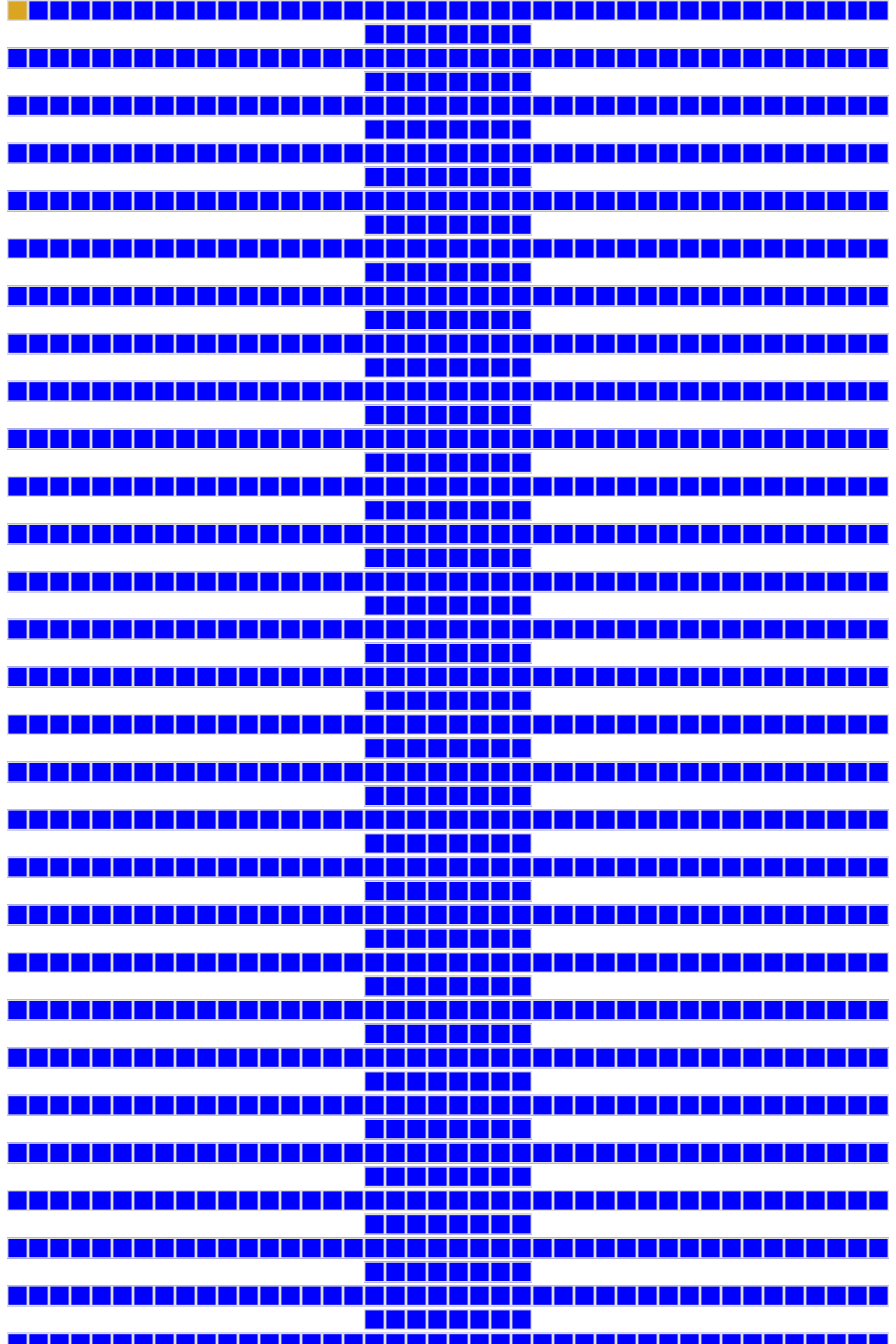
Repository: MarioDiekmann/GameOfLife
Page: /, after clicking the first element matching `div.cell`
An editor plug-in stored every save of this project. The page is shown before and after the next save, followed by the edit.
The browser window is 1280 px wide. The pictures show the part of the page from y = 0 to 1920 px (the page is 3422 px tall), at 70% of full size.
The project was rebuilt for these pictures with package versions that can differ from the ones it lists, and the page was loaded fresh each time.

Above is the page before, as saved 2024-10-11 16:59:14.

After the next save:
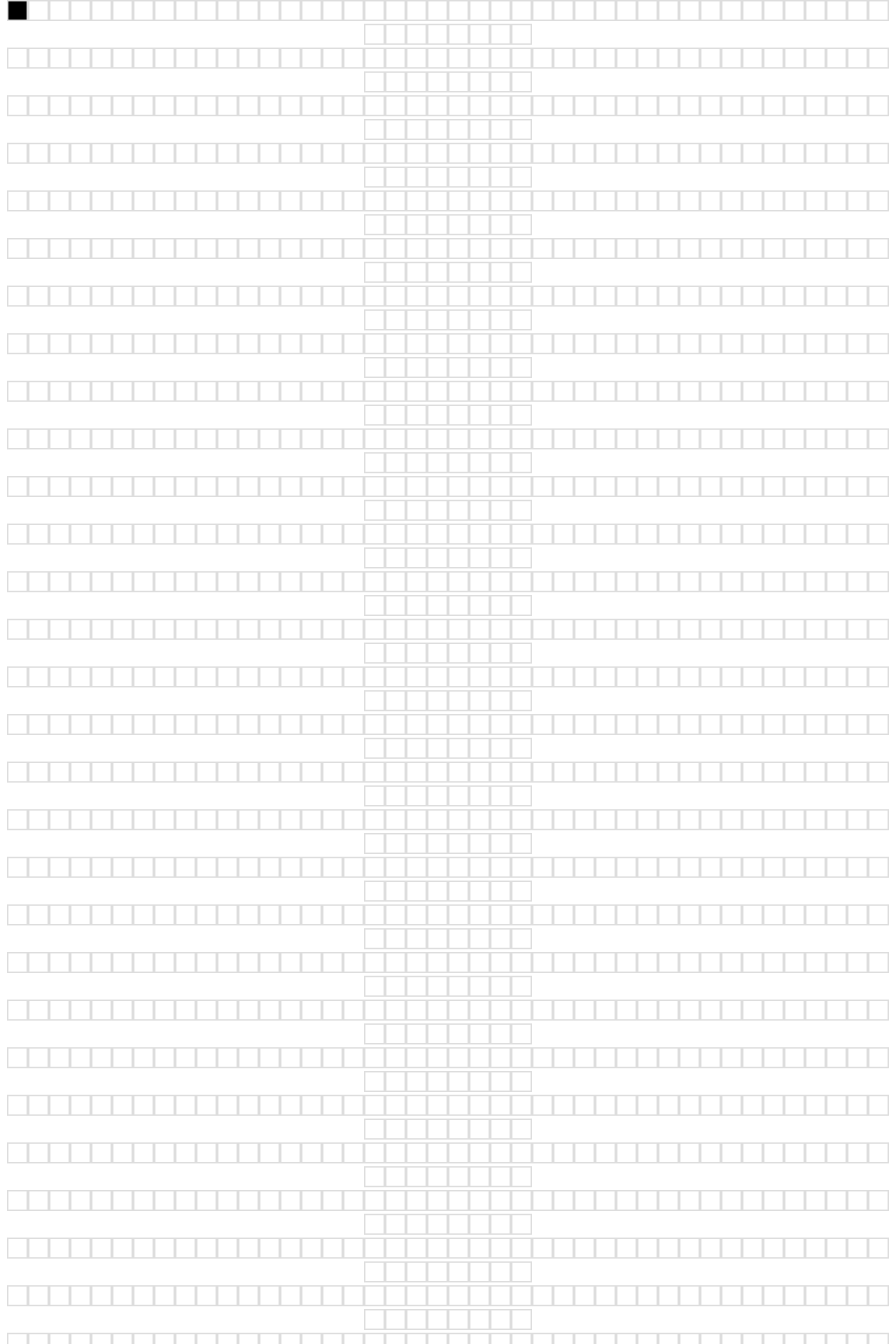
Saved 3 min 2 s later.
--- a/src/components/Cell.css
+++ b/src/components/Cell.css
@@ -8,9 +8,9 @@
   }
 
   .cell.alive {
-    background-color: goldenrod; /* Green for living cells */
+    background-color: black; /* Green for living cells */
   }
 
   .cell.dead {
-    background-color: blue; /* Red for dead cells */
+    background-color: white; /* Red for dead cells */
   }
